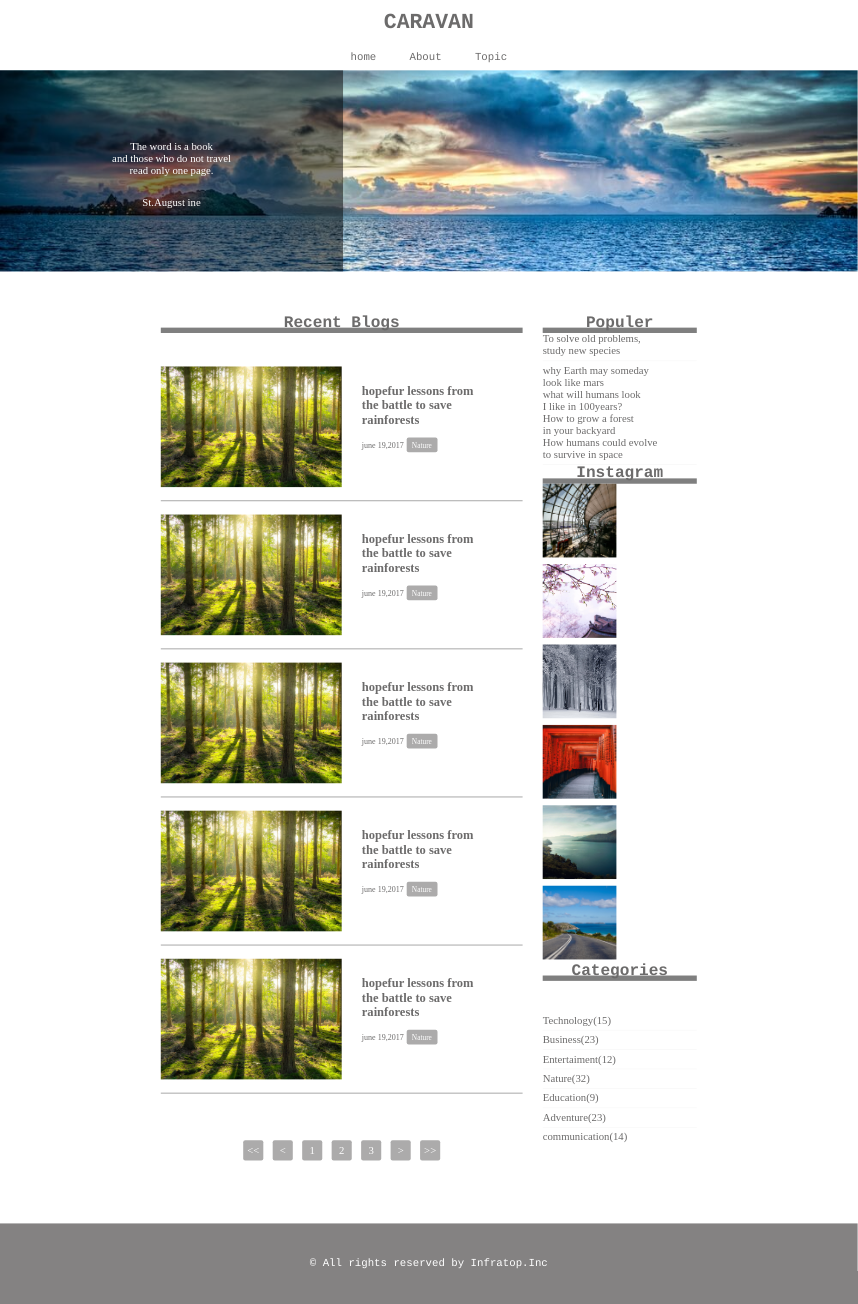
Repository: obm48er/all
Page: caravan/index.html
The author's editor kept a record of every edit. The page is drawn from the files as they stood at one moment, then again after the next edit.
The browser window is 1280 px wide. The pictures show the whole page, at 67% of full size.

Above is the page before.

After the next edit:
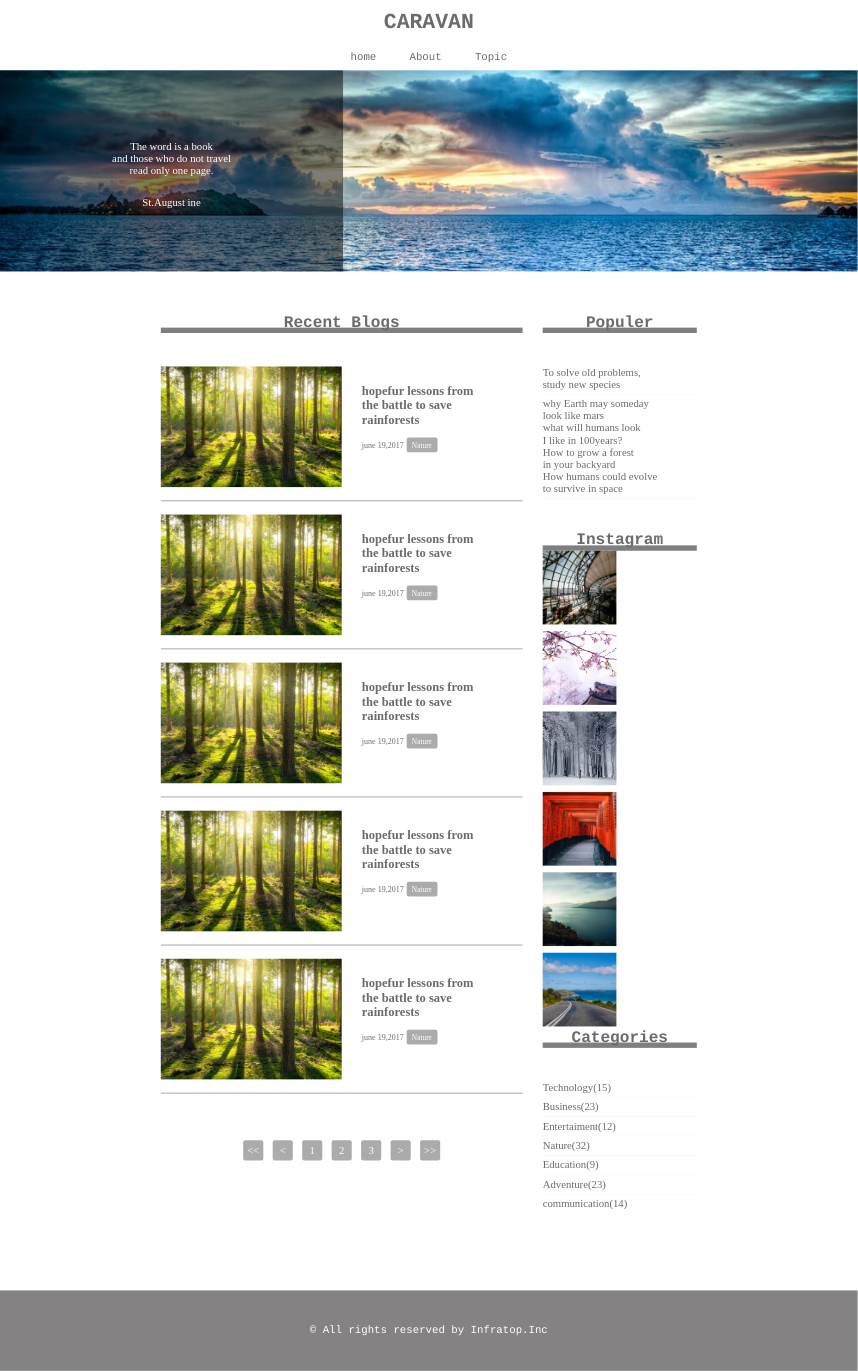
The edit:
--- a/caravan/index.html
+++ b/caravan/index.html
@@ -126,7 +126,7 @@
       <div class="sidebar">
         <section class="popular">
           <h2 class="populer-heading common-heading">Populer</h2>
-          <div class="sideber-contents">
+          <div class="sidebar-contents">
             <p class="popular-text">To solve old problems,<br>study new species</p>
             <p class="populer-text">why Earth may someday<br>look like mars</p>
             <p class="populer-text">what will humans look<br>I like in 100years?</p>
